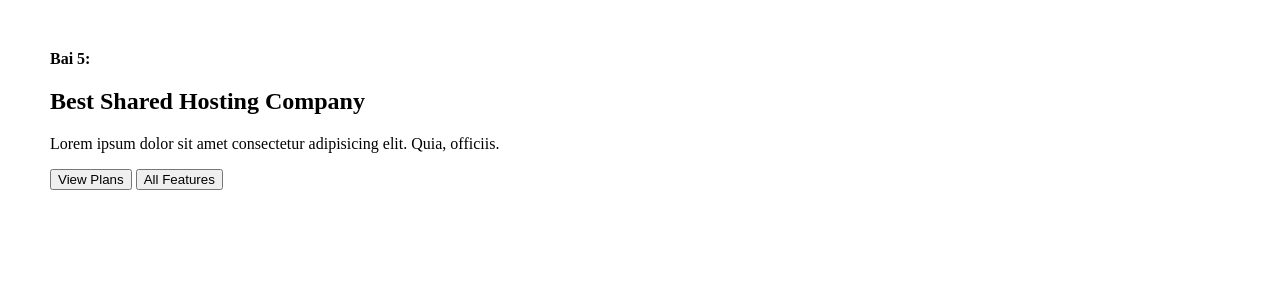
Repository: truongtn04/f8-fullstack-k5
Page: day03/ex05.html
The author's editor kept a copy of each file at every save. The page is drawn from the files as they stood at one save, then again after the next save.
The browser window is 1280 px wide. The pictures show the whole page.

Above is the page before, as saved 2023-11-27 14:53:02.

After the next save:
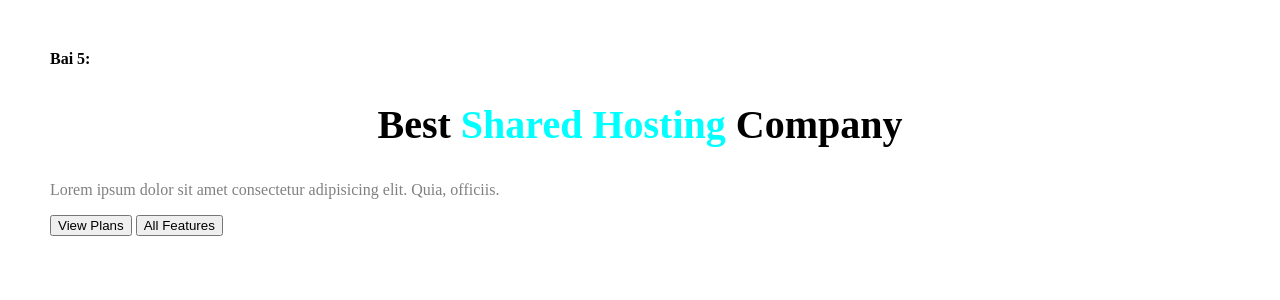
Saved 57 s later.
--- a/day03/css/ex05.css
+++ b/day03/css/ex05.css
@@ -1,3 +1,13 @@
 body{
      margin: 50px 50px;
 }
+h1{
+    font-size: 40px;
+    text-align: center;
+}
+h1 span{
+    color:aqua;
+}
+p{
+    color: grey;
+}
